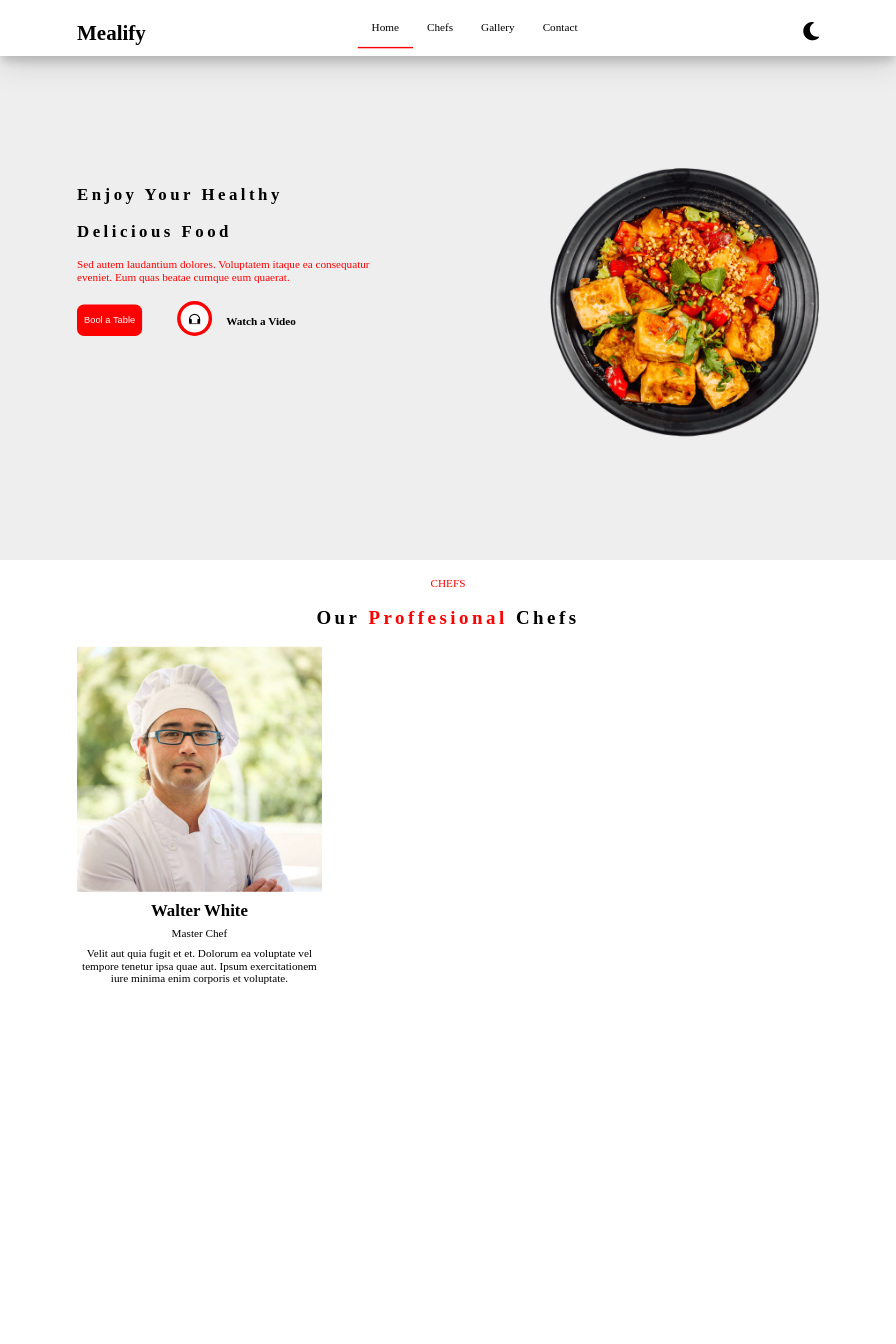
Repository: Ahmedalid/New-project
Page: Rout/index.html
The author's editor kept a copy of each file at every save. The page is drawn from the files as they stood at one save, then again after the next save.
The browser window is 1280 px wide. The pictures show the part of the page from y = 0 to 1920 px (the page is 5000 px tall), at 70% of full size.
The pointer rests on the first visible `.card-img`.

Above is the page before, as saved 2023-06-08 11:06:14.

### Rout/index.html
<!DOCTYPE html>
<html lang="en">

<head>
    <meta charset="UTF-8">
    <meta http-equiv="X-UA-Compatible" content="IE=edge">
    <meta name="viewport" content="width=device-width, initial-scale=1.0">
    <link rel="stylesheet" href="https://cdnjs.cloudflare.com/ajax/libs/font-awesome/6.4.0/css/all.min.css">
    <link rel="stylesheet" href="css/style.css">
    <title>Document</title>
</head>

<body>
    <!-- Start NavBar -->
    <nav>
        <div class="div-nav">
            <div class="nav-logo">
                <h1>Mealify</h1>
            </div>
            <div class="nav-item">
                <ul>
                    <li><a href="default.asp" class="home-actiev">Home</a></li>
                    <li><a href="" class="text-color">Chefs</a></li>
                    <li><a href="" class="text-color">Gallery</a></li>
                    <li><a href="" class="text-color">Contact</a></li>
                </ul>
            </div>
            <div class="nav-icon">
                <span><i class="fa-solid fa-moon"></i></span>
            </div>
        </div>
    </nav>
    <!-- End NavBar -->

    <!-- Start Header -->
    <header>
        <div class="div-header">
            <div class="content-header container">
                <h2 class="mt li">Enjoy Your Healthy</h2>
                <h2 class="mt li">Delicious Food</h2>
                <p class="mt text-color">Sed autem laudantium dolores. Voluptatem itaque ea consequatur eveniet.
                    Eum quas beatae cumque eum quaerat.</p>
                <div class="d-flex">
                    <button class="btn-Boolatable">Bool a Table</button>
                    <div class="d-flex mt  ">
                        <a href="" class="icone-headphones"> <span class="headphones d-center"> <i
                                    class="fa-solid fa-headphones "></i></span> </a>
                        <span class="Video">Watch a Video</span>
                    </div>
                </div>
            </div>
            <div class="content-header container">
                <div class="img-header ">
                    <img src="img/hero-img.png" alt="">
                </div>
            </div>
        </div>
    </header>
    <!-- End Header -->
    <section class="container">
        <p class="text-center text-color mt">CHEFS</p>
        <h5 class="li text-center our-section mt">
            Our
            <span class="text-color">Proffesional</span>
            Chefs
        </h5>
        <!-- Card And Img -->
        <div class="mt card-img">
            <div class="">
                <img src="img/chefs-3.jpg" alt="">
                <h2 class="text-center mt-1">Walter White </h5>
                <p class="text-center mt-1">Master Chef</p>
                <p class="text-center mt-1">
                    Velit aut quia fugit et et. Dolorum ea voluptate vel
                     tempore tenetur ipsa quae aut. Ipsum
                    exercitationem iure minima enim corporis et voluptate.
                </p>

            </div>
        </div>
    </section>
</body>

</html>

### Rout/css/style.css
*{
    margin: 0;
    padding: 0;
    box-sizing: border-box;
}
body{
    height: 5000px;
}
nav{
    box-shadow: 0px 16px 43px 0px rgba(0,0,0,0.1),0px 10px 15px -3px rgba(0,0,0,0.1),0px 10px 15px -3px rgba(0,0,0,0.1);
       height: 80px;
       position: sticky;
       top: 0;
       left: 0;
       overflow: auto;
       background-color: white;
}
.div-nav{
     margin: auto 110px;
    display: flex;
   margin-top: 30px;
    justify-content: space-between;
}
.container{
    margin: auto 110px;
}
.nav-item ul li{
    list-style: none;

    width: 100%;

}
.nav-item ul li a{
     text-decoration: none;
     color: black;
     padding: 20px;
     outline: none;
     transition: 0.5;
     font-weight: 400;
}
.nav-item ul li a:hover{
    border-bottom: 2px solid red;
}
.nav-item ul {
          display: flex;
    justify-content: space-between;

}
.nav-logo h1{
    font-weight: bold;
    font-size: 30px;
}
.home-actiev{
    border-bottom: 2px solid red;
    font-weight: bold;
}
.nav-icon span i{
    font-size: 30px;
}
/* End NavBar */
/* Start Header */
/* Start Header */
.div-header{
    display: flex;
}
header{
    background-color: #eeeeee;
    overflow: auto;
    height: 100vh;
}
.content-header{
  margin-top: 160px;
}
img{
    width: 100%;
}
.mt{
    margin-top: 25px;
}
.li{
    letter-spacing: 5px;
}
.text-color{
    color: #7f7f90;
}
.d-flex{
    display: flex;
}
.btn-Boolatable{
    border: none;
    outline: none;
    background-color: red;
    color: white;
    padding: 10px;
    border-radius: 10px;
    margin-top: 30px;
}
.headphones{
    background-color: white;
    border-radius: 50%;
    width: 50px;
    height: 50px;
    border: 5px solid red;
    margin-left: 50px;
    cursor: pointer;
}
.d-center{
    display: flex;
    justify-content: center;
    align-items: center;
}
.Video{
    margin-top: 20px;
    margin-left: 20px;
    font-weight: bold;
    cursor: pointer;
    transition: 0.5s;
}
.Video:hover{
    color: red;
}
.icone-headphones{
    color: black;
    list-style: none;
}

.text-center{
    text-align: center;
    /* margin-top: 50px; */
}
.text-color{
    color: red;
}
.our-section{
    font-size: 27px;
}
.card-img{
    width: 33%;
    display: inline-block;
    transition: 0.5s;
}
.mt-1{
    margin-top: 10px;
}
.card-img h4{
    font-weight:bold;
}
.card-img:hover{
    transform: scale(3.5s , 3);
    cursor: pointer;
    transition: 0.5s;
}

After the next save:
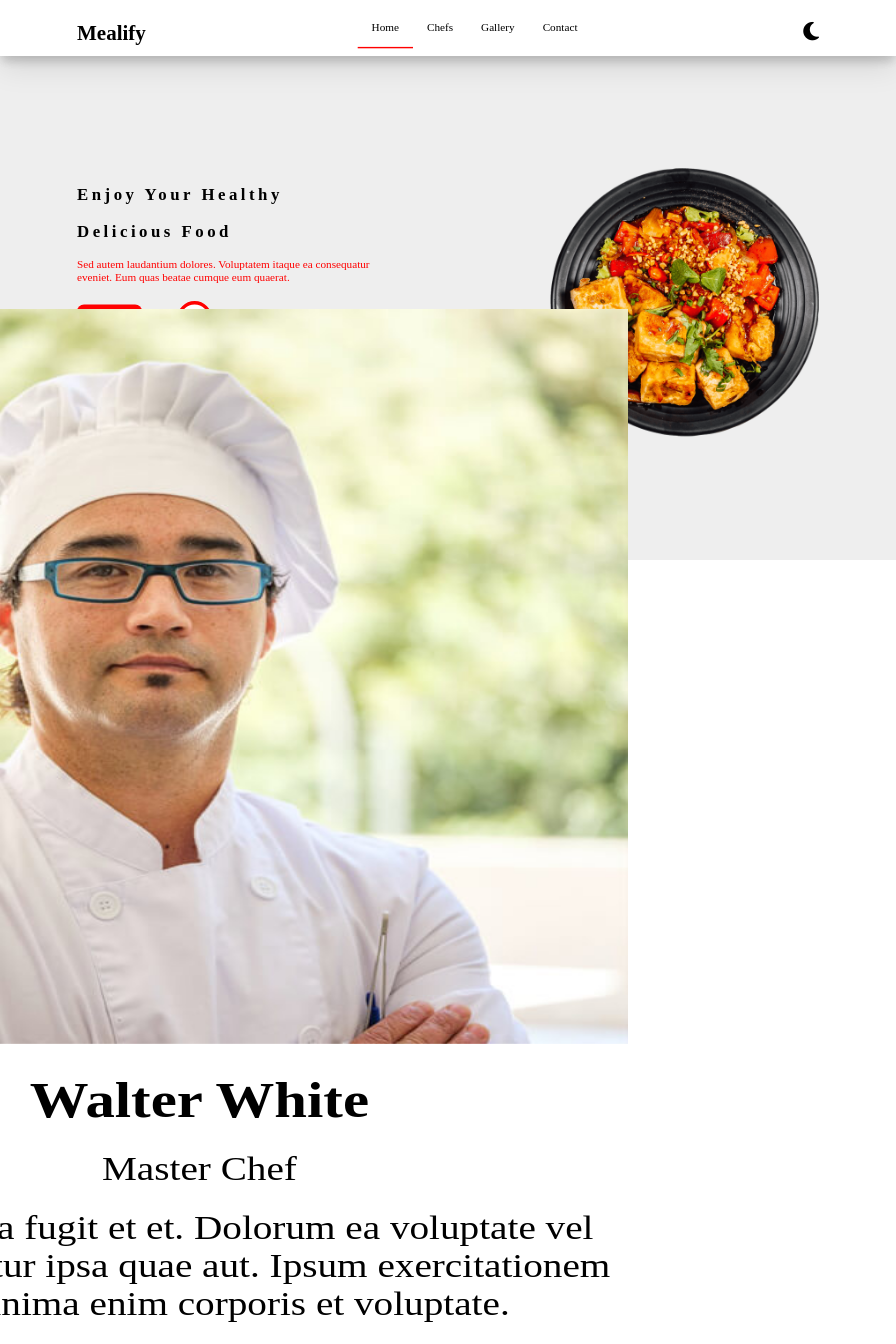
Saved 8 s later.
--- a/Rout/css/style.css
+++ b/Rout/css/style.css
@@ -146,7 +146,7 @@
     font-weight:bold;
 }
 .card-img:hover{
-    transform: scale(3.5s , 3);
+    transform: scale(3.5 , 3);
     cursor: pointer;
     transition: 0.5s;
 }

After the save that followed:
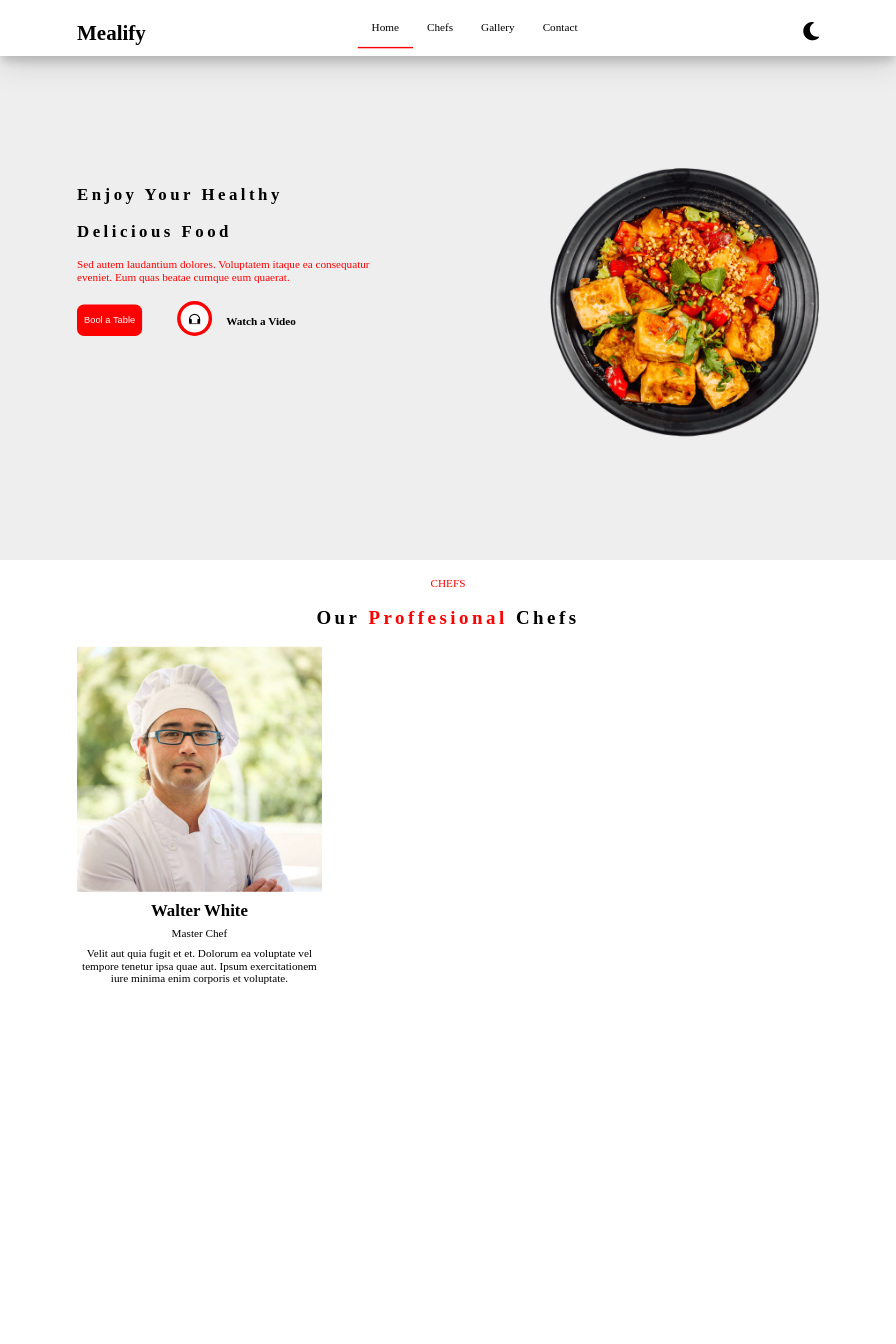
Saved 9 s later.
--- a/Rout/css/style.css
+++ b/Rout/css/style.css
@@ -146,7 +146,7 @@
     font-weight:bold;
 }
 .card-img:hover{
-    transform: scale(3.5 , 3);
+    transform: scale(3.5 , 3.5s);
     cursor: pointer;
     transition: 0.5s;
 }
